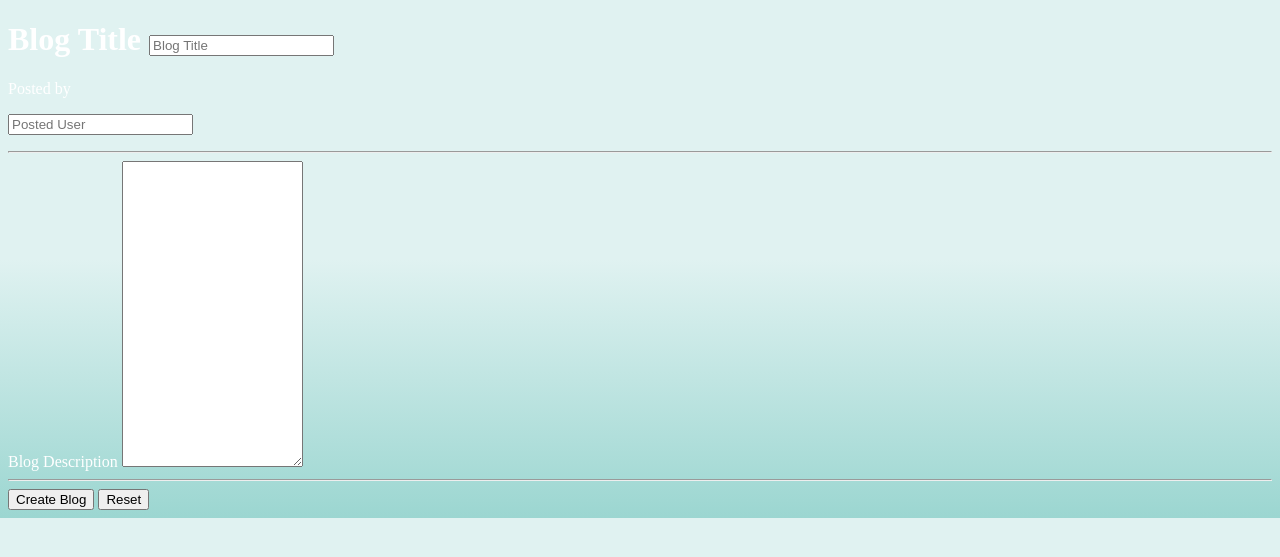
Repository: Indurupi/FriendZone
Page: FriendZoneFrontEnd/WebContent/createblog.html
These files come from the project's save history. The page is drawn as it stood at one moment and after the next save; the edit follows.
The browser window is 1280 px wide. The pictures show the whole page.

Above is the page before, as saved 2017-03-18 15:38:57.

After the next save:
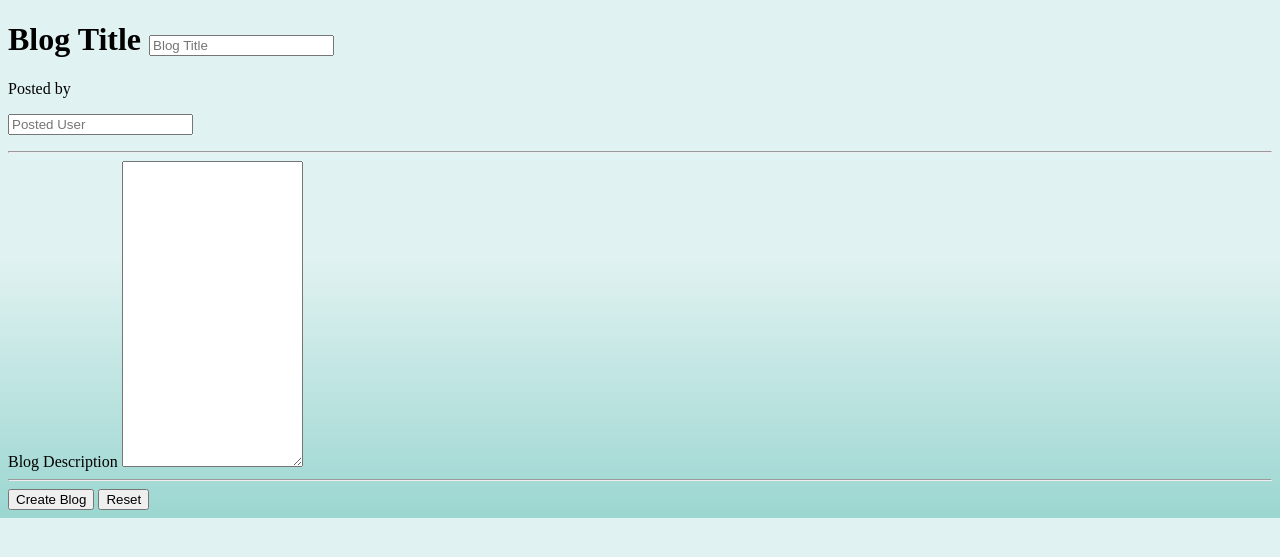
Saved 8 s later.
--- a/FriendZoneFrontEnd/WebContent/createblog.html
+++ b/FriendZoneFrontEnd/WebContent/createblog.html
@@ -20,7 +20,6 @@
 body
 {
 background: linear-gradient(to bottom, #e0f2f1 50%, #80cbc4 120%);
-	color: #ffffff;
 }
 </style>
 
